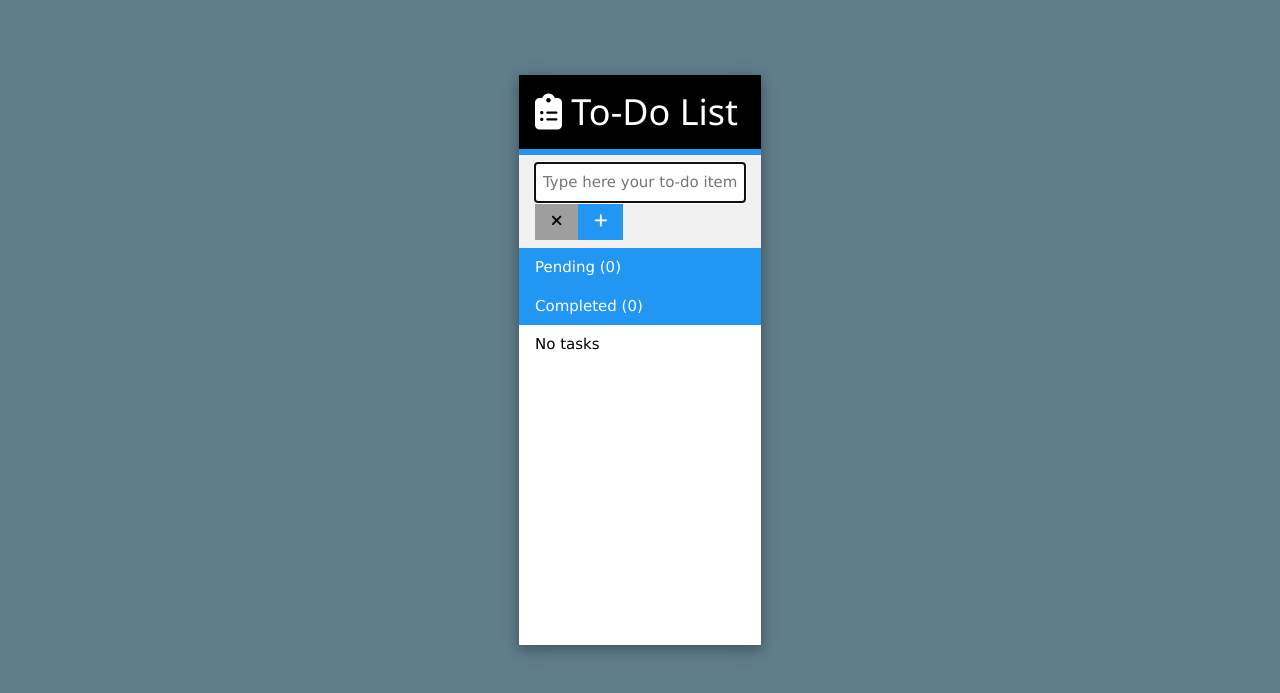
Repository: bclover/vue3-design-patterns-book
Page: /
An editor plug-in stored every save of this project. The page is shown before and after the next save, followed by the edit.
The browser window is 1280 px wide. The pictures show the whole page.
The project was rebuilt for these pictures with package versions that can differ from the ones it lists, and the page was loaded fresh each time. Also part of the build but not shown: vite.config.ts.

Above is the page before, as saved 2023-06-19 20:41:09.

After the next save:
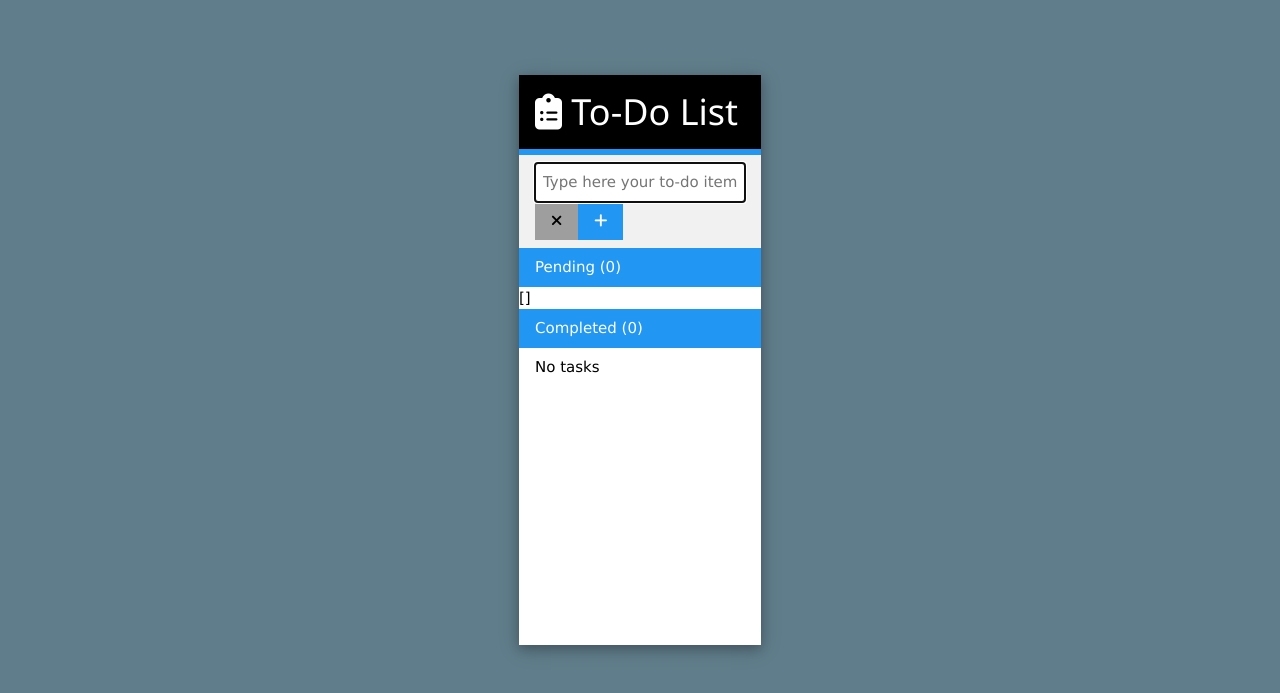
Saved 110 s later.
--- a/src/components/ToDos.vue
+++ b/src/components/ToDos.vue
@@ -1,12 +1,5 @@
 <script lang="ts" setup>
-import {
-  computed,
-  ComputedRef,
-  defineComponent,
-  Ref,
-  ref,
-  WritableComputedRef,
-} from 'vue';
+import { computed, ComputedRef, Ref, ref, WritableComputedRef } from 'vue';
 
 interface ToDo {
   id: number;
@@ -78,6 +71,8 @@ function addToDo() {
     <!-- Pending Todos Heading -->
     <div class="w3-padding w3-blue">Pending ({{ _pending.length }})</div>
 
+    {{ _pending }}
+
     <!-- List of Pending Todos -->
     <div class="w3-padding" v-for="todo in _pending" :key="todo.id">
       <label>
